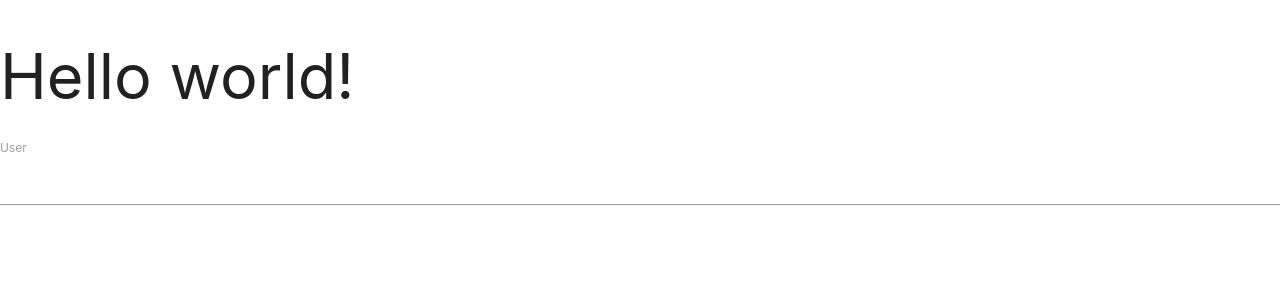
Repository: jairomorenog/proyecto-completo
Page: http://localhost/login/home
An editor plug-in stored every save of this project. The page is shown before and after the next save, followed by the edit.
The browser window is 1280 px wide. The pictures show the whole page.
The page is served by Tomcat 9.

Above is the page before, as saved 2018-11-20 15:38:26.

After the next save:
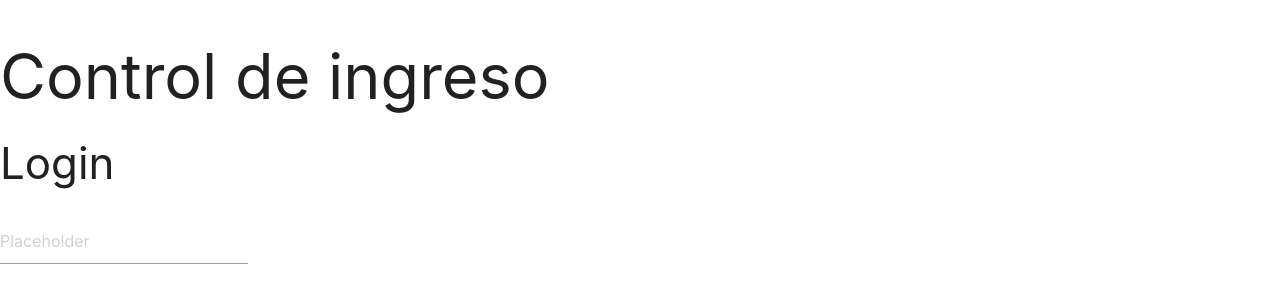
Saved 8 min 51 s later.
--- a/login/src/main/webapp/WEB-INF/views/home.jsp
+++ b/login/src/main/webapp/WEB-INF/views/home.jsp
@@ -8,18 +8,24 @@
 	<meta http-equiv="content-type" content="text/html; utf-8">
 </head>
 <body>
-<h1>
-	Hello world!
-</h1>
-
+<header>
+<h1>Control de ingreso</h1>
+</header>
+<section class="principal">
+<article>
+<header>
+<h3>Login</h3>
+</header>
 <form action="" method="post">
-<div class="fila">
-<label class="lbluser" id="lbluser">User</label>
-<input type="text" class="txtuser" name="txtuser" id="txtuser" />
+<div class="fila input-field">
+<label class="lbluser" id="lbluser" for="first_name"User</label>
+<input name="txtuser" id="txtuser" placeholder="Placeholder" type="text" class="txtuser validate" />
 </div>
 
 </form>
+</article>
 
+</section>
  <script src="https://cdnjs.cloudflare.com/ajax/libs/materialize/1.0.0/js/materialize.min.js"></script>
 </body>
 </html>
